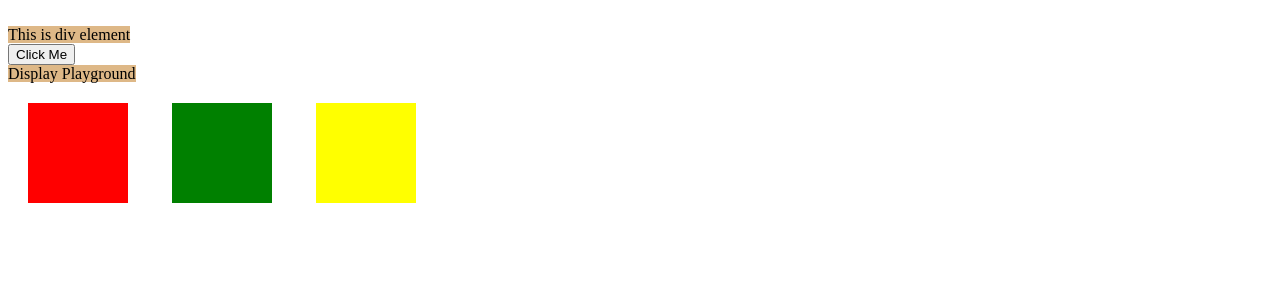
Repository: rakeshkolpepatil/CSS_Apana_College
Page: index.html
These files come from the project's save history. The page is drawn as it stood at one moment and after the next save; the edit follows.
The browser window is 1280 px wide. The pictures show the whole page.

Above is the page before, as saved 2023-06-23 00:24:59.

### index.html
<!DOCTYPE html>
<html lang="en">
<head>
  <meta charset="UTF-8">
  <meta name="viewport" content="width=device-width, initial-scale=1.0">
  <title>CSS Level 3  </title>
  <link rel="stylesheet" href="styleThree.css"
</head>
<br>
  <div>This is div element </div>
  <button> Click Me </button>
  <div> Display Playground </div>
  </br>
  <div id="div1"></div>
  <div id="div2"></div>
  <div id="div3"></div>
</body>
</html>

### styleThree.css
div{
  background-color:burlywood;
  display:inline;
}

button{
  display: block;
}

/* When display is 'inline' then we can not use height, width and margin-top and margin-bottom properties. If you want to use these properties then use 'inline-block' display property. */

#div1 {
  margin: 20px;
  display: inline-block;
  width: 100px;
  height: 100px;
  background-color:red;
}

#div2{
  margin: 20px;
  display: inline-block;
  width: 100px;
  height: 100px;
  background-color:green;
}

#div3{
  margin: 20px;
  display: inline-block;
  width: 100px;
  height: 100px;
  background-color:yellow;
}

After the next save:
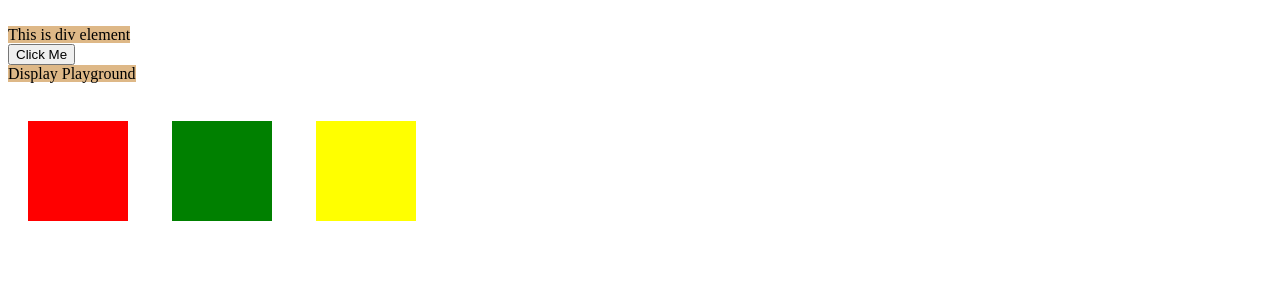
Saved 6 s later.
--- a/index.html
+++ b/index.html
@@ -11,6 +11,7 @@
   <button> Click Me </button>
   <div> Display Playground </div>
   </br>
+  </br>
   <div id="div1"></div>
   <div id="div2"></div>
   <div id="div3"></div>
